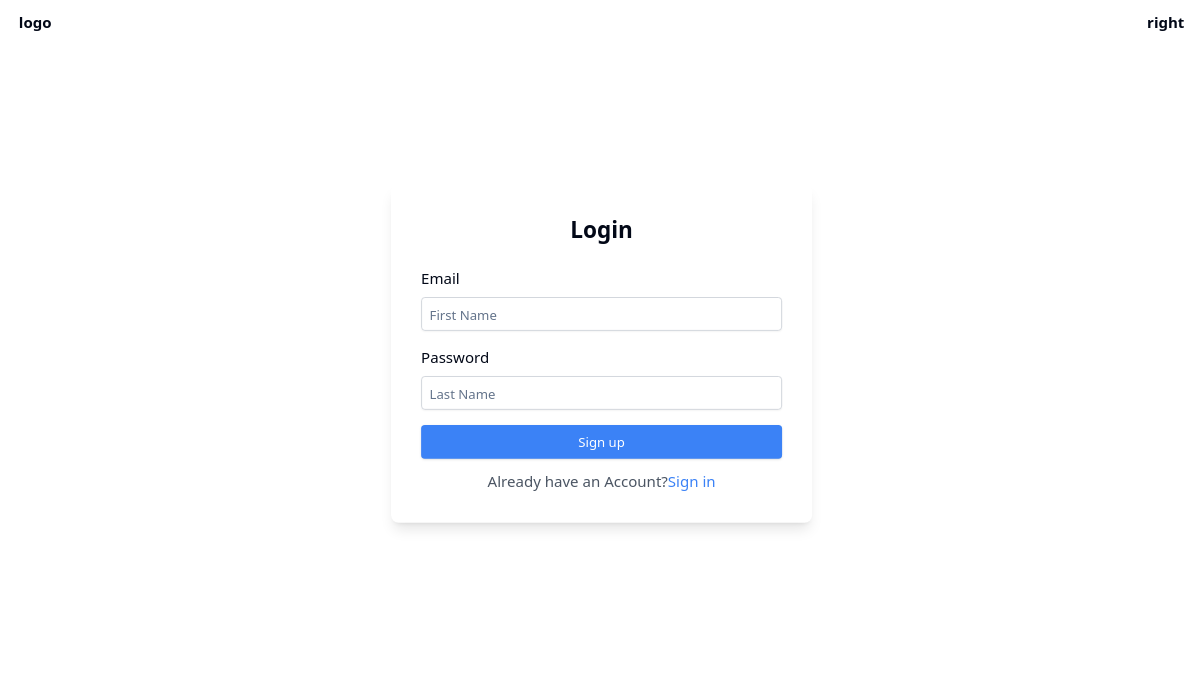
Repository: hisreal123/globalpath_fe
Page: /auth/signup
The author's editor kept a copy of each file at every save. The page is drawn from the files as they stood at one save, then again after the next save.
The browser window is 1280 px wide. The pictures show the whole page, at 94% of full size.
The project was rebuilt for these pictures with package versions that can differ from the ones it lists, and the page was loaded fresh each time. Also part of the build but not shown: vite.config.ts, src/components/pages/HomeComponent.tsx, src/pages/Home.tsx, src/pages/Error.tsx, src/pages/About.tsx, src/pages/Blog.tsx, src/pages/Find_jobs.tsx, src/components/Header.tsx and 2 more.

Above is the page before, as saved 2024-10-10 17:32:42.

After the next save:
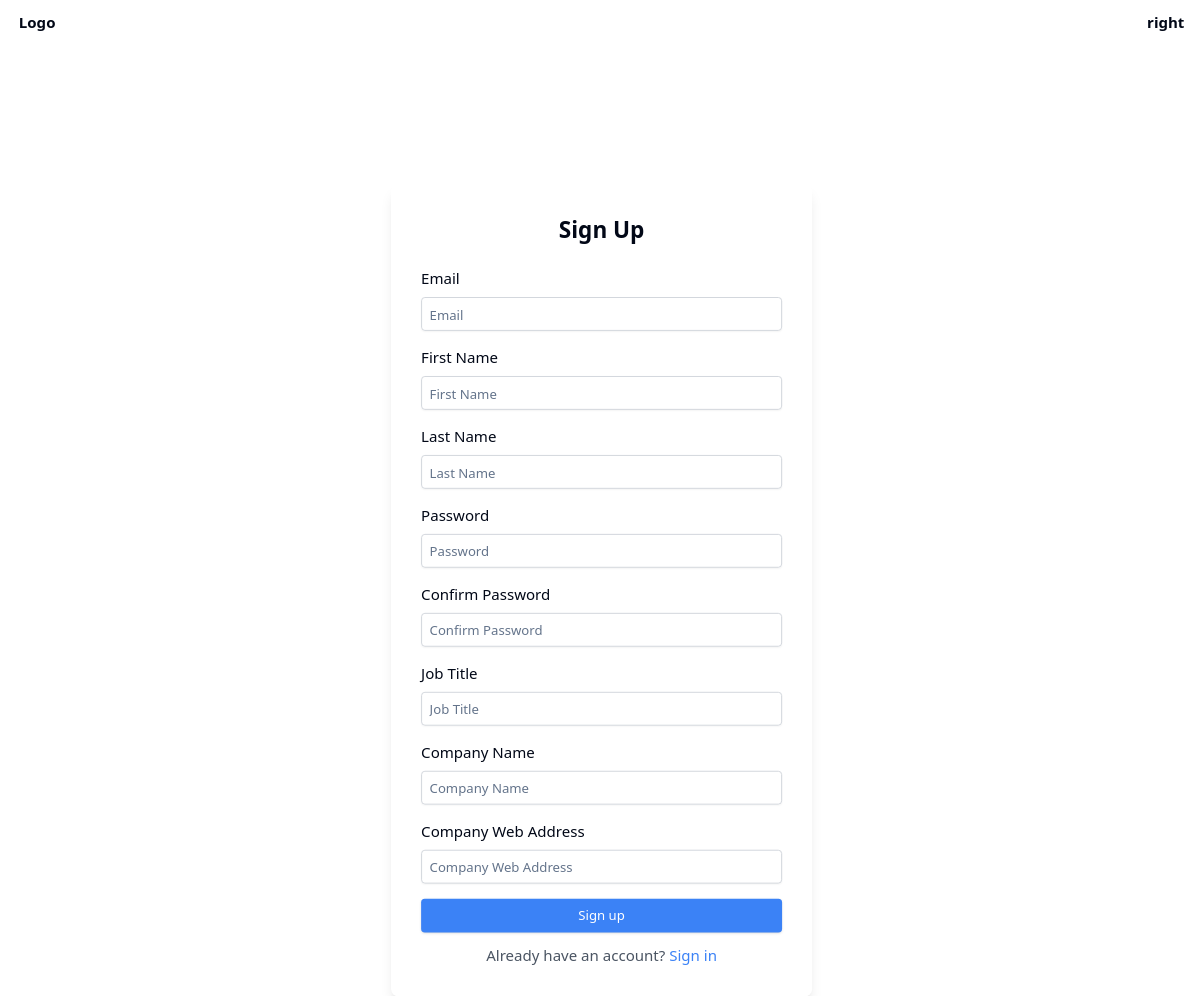
Saved 60 s later.
--- a/src/components/pages/auth/SignupComponent.tsx
+++ b/src/components/pages/auth/SignupComponent.tsx
@@ -44,13 +44,14 @@ const onSubmit: SubmitHandler<FormValues> = (values) => {
 return (
   <div>
     <div className="top_nav px-5 flex items-center justify-between font-bold pt-3">
-      <Link to="/"> logo</Link>
+      <Link to="/">Logo</Link>
       <h2>right</h2>
     </div>
     <div className="form_wrapper bg-white p-8 rounded-lg shadow-lg w-11/12 max-w-md mt-20 md:mt-40 mx-auto">
-      <h2 className="text-2xl font-bold mb-6 text-center">Login</h2>
+      <h2 className="text-2xl font-bold mb-6 text-center">Sign Up</h2>
       <Form {...form}>
         <form onSubmit={form.handleSubmit(onSubmit)} className="space-y-4">
+          {/* Email Field */}
           <FormField
             control={form.control}
             name="email"
@@ -59,6 +60,25 @@ return (
                 <FormLabel className="text-md">Email</FormLabel>
                 <FormControl>
                   <Input
+                    placeholder="Email"
+                    {...field}
+                    className="w-full p-2 border border-gray-300 rounded mt-1"
+                  />
+                </FormControl>
+                <FormMessage />
+              </FormItem>
+            )}
+          />
+
+          {/* First Name Field */}
+          <FormField
+            control={form.control}
+            name="first_name"
+            render={({ field }) => (
+              <FormItem>
+                <FormLabel className="text-md">First Name</FormLabel>
+                <FormControl>
+                  <Input
                     placeholder="First Name"
                     {...field}
                     className="w-full p-2 border border-gray-300 rounded mt-1"
@@ -68,6 +88,27 @@ return (
               </FormItem>
             )}
           />
+
+          {/* Last Name Field */}
+          <FormField
+            control={form.control}
+            name="last_name"
+            render={({ field }) => (
+              <FormItem>
+                <FormLabel className="text-md">Last Name</FormLabel>
+                <FormControl>
+                  <Input
+                    placeholder="Last Name"
+                    {...field}
+                    className="w-full p-2 border border-gray-300 rounded mt-1"
+                  />
+                </FormControl>
+                <FormMessage />
+              </FormItem>
+            )}
+          />
+
+          {/* Password Field */}
           <FormField
             control={form.control}
             name="password"
@@ -76,15 +117,95 @@ return (
                 <FormLabel className="text-md">Password</FormLabel>
                 <FormControl>
                   <Input
-                    placeholder="Last Name"
-                    {...field}
-                    className="w-full p-2 border border-gray-300 rounded mt-1"
-                  />
-                </FormControl>
-                <FormMessage />
-              </FormItem>
-            )}
-          />
+                    type="password"
+                    placeholder="Password"
+                    {...field}
+                    className="w-full p-2 border border-gray-300 rounded mt-1"
+                  />
+                </FormControl>
+                <FormMessage />
+              </FormItem>
+            )}
+          />
+
+          {/* Confirm Password Field */}
+          <FormField
+            control={form.control}
+            name="confirm_password"
+            render={({ field }) => (
+              <FormItem>
+                <FormLabel className="text-md">Confirm Password</FormLabel>
+                <FormControl>
+                  <Input
+                    type="password"
+                    placeholder="Confirm Password"
+                    {...field}
+                    className="w-full p-2 border border-gray-300 rounded mt-1"
+                  />
+                </FormControl>
+                <FormMessage />
+              </FormItem>
+            )}
+          />
+
+          {/* Job Title Field (Profile) */}
+          <FormField
+            control={form.control}
+            name="profile.job_title"
+            render={({ field }) => (
+              <FormItem>
+                <FormLabel className="text-md">Job Title</FormLabel>
+                <FormControl>
+                  <Input
+                    placeholder="Job Title"
+                    {...field}
+                    className="w-full p-2 border border-gray-300 rounded mt-1"
+                  />
+                </FormControl>
+                <FormMessage />
+              </FormItem>
+            )}
+          />
+
+          {/* Company Name Field (Profile) */}
+          <FormField
+            control={form.control}
+            name="profile.company_name"
+            render={({ field }) => (
+              <FormItem>
+                <FormLabel className="text-md">Company Name</FormLabel>
+                <FormControl>
+                  <Input
+                    placeholder="Company Name"
+                    {...field}
+                    className="w-full p-2 border border-gray-300 rounded mt-1"
+                  />
+                </FormControl>
+                <FormMessage />
+              </FormItem>
+            )}
+          />
+
+          {/* Company Web Address Field (Profile) */}
+          <FormField
+            control={form.control}
+            name="profile.company_web_address"
+            render={({ field }) => (
+              <FormItem>
+                <FormLabel className="text-md">Company Web Address</FormLabel>
+                <FormControl>
+                  <Input
+                    placeholder="Company Web Address"
+                    {...field}
+                    className="w-full p-2 border border-gray-300 rounded mt-1"
+                  />
+                </FormControl>
+                <FormMessage />
+              </FormItem>
+            )}
+          />
+
+          {/* Submit Button */}
           <Button
             type="submit"
             className="bg-blue-500 text-white w-full p-2 rounded hover:bg-blue-600 mt-5 relative"
@@ -93,8 +214,9 @@ return (
           </Button>
         </form>
       </Form>
+
       <p className="text-center text-gray-600 mt-3">
-        Already have an Account?
+        Already have an account?{" "}
         <Link to="/auth/signin" className="text-blue-500 hover:underline">
           Sign in
         </Link>
